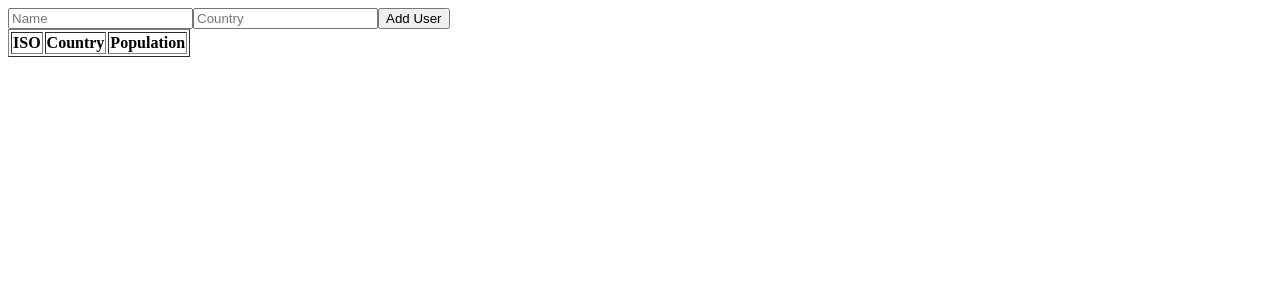
Repository: sunilkc-7/FormikwithRedux
Page: /
These files come from the project's save history. The page is drawn as it stood at one moment and after the next save; the edit follows.
The browser window is 1280 px wide. The pictures show the whole page.
The page's requests for data from a server got no answer. The project was rebuilt for these pictures with package versions that can differ from the ones it lists, and the page was loaded fresh each time. No one was signed in, and anything a server would have sent is missing.

Above is the page before, as saved 2023-08-17 10:17:19.

After the next save:
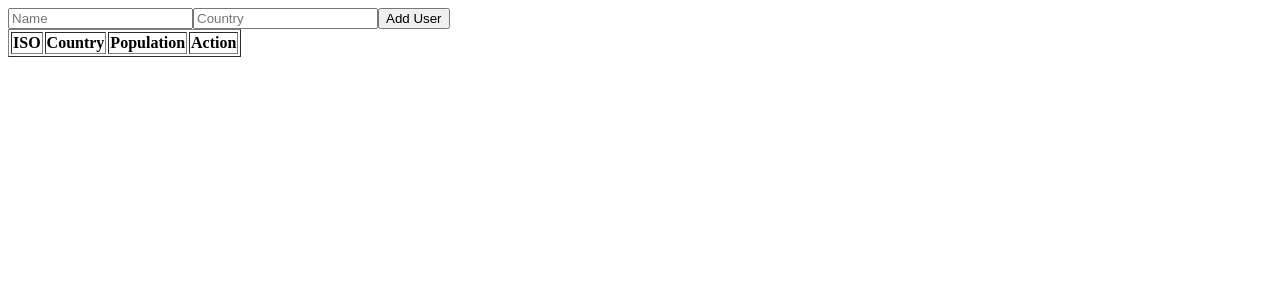
Saved 42 s later.
--- a/src/components/App.js
+++ b/src/components/App.js
@@ -65,12 +65,15 @@ const App = () => {
             <th>ISO</th>
             <th>Country</th>
             <th>Population</th>
+            <th>Action</th>
           </tr>
         </thead>
         <tbody>
           {users.map((user) => (
             <tr key={user.id}>
               <td>{user.ISO}</td>
+              <td>{user.country}</td>
+              <td>{user.population}</td>
               <td>{user.country}</td>
               <td>
                 <button onClick={() => handleUpdateUser(user)}>Update</button>
